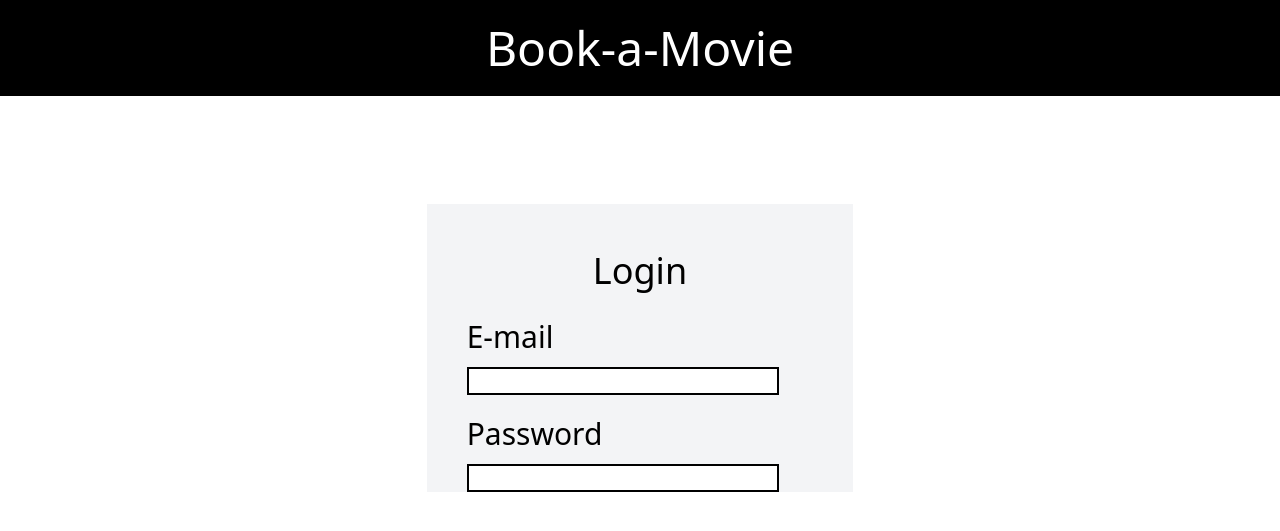
Repository: BhumilModi/movie-booking-app-assignment
Page: /
The author's editor kept a copy of each file at every save. The page is drawn from the files as they stood at one save, then again after a run of saves.
The browser window is 1280 px wide. The pictures show the whole page.
The project was rebuilt for these pictures with package versions that can differ from the ones it lists, and the page was loaded fresh each time. Also part of the build but not shown: src/App.css.

Above is the page before, as saved 2022-11-29 18:15:16.

### src/App.js
import './App.css';
import Login from './components/Login';
import Navbar from './components/Navbar';

function App() {
  return (
    <div>
      <Login />
    </div>
  );
}

export default App;

### src/components/Login.jsx
import React from "react";
import Navbar from "./Navbar";

function Login() {
  return (
    <div className="flex flex-col justify-center items-center">
      <Navbar />
      <div className="h-[40vh] bg-gray-100 w-1/3 my-[15vh] flex flex-col p-[40px]">
        <div className="text-[36px] mx-auto">Login</div>
        <div className="text-[30px] mt-4 mb-2">E-mail</div>
        <input type="text" className="w-[90%] border-2 border-black" />
        <div className="text-[30px] mt-4 mb-2">Password</div>
        <input type="password" className="w-[90%] border-2 border-black" />
      </div>
    </div>
  );
}

export default Login;

### src/components/Navbar.jsx
import React from "react";

function Navbar() {
  return (
    <div className="h-24 bg-black flex justify-center items-center w-full">
      <div className="text-white text-[48px]">Book-a-Movie</div>
    </div>
  );
}

export default Navbar;

Loaded but not shown: public/index.html (common file); src/index.js (common file); src/index.css (common file); tailwind.config.js (common file)

After the next 2 saves:
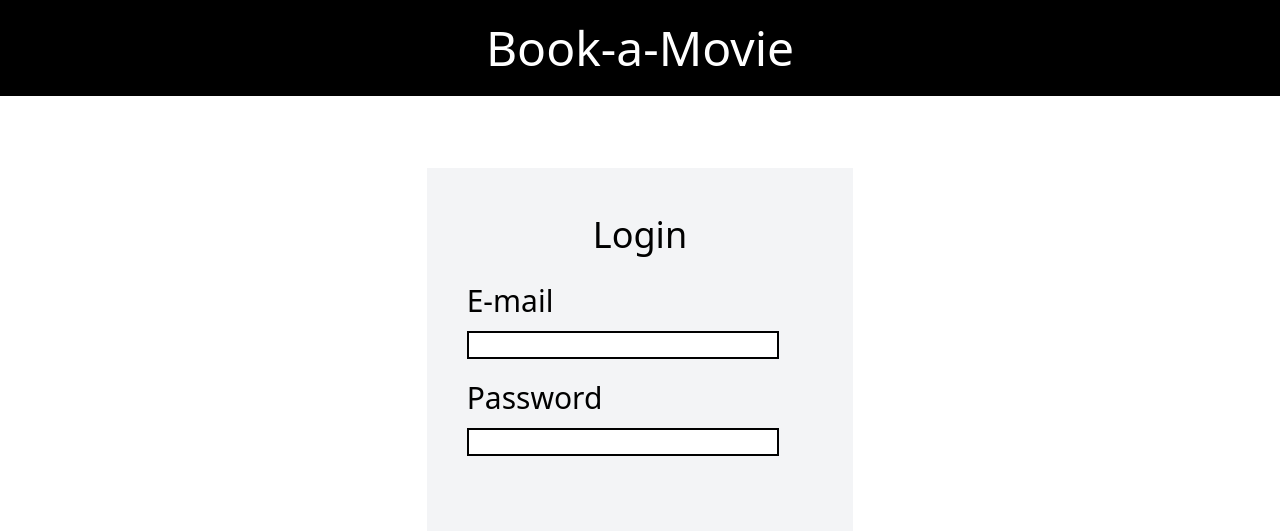
The 2 saves are shown as one change because they came seconds apart.
The last was saved 21 s later.
--- a/src/components/Login.jsx
+++ b/src/components/Login.jsx
@@ -5,7 +5,7 @@ function Login() {
   return (
     <div className="flex flex-col justify-center items-center">
       <Navbar />
-      <div className="h-[40vh] bg-gray-100 w-1/3 my-[15vh] flex flex-col p-[40px]">
+      <div className="h-[60vh] bg-gray-100 w-1/3 my-[10vh] flex flex-col p-[40px]">
         <div className="text-[36px] mx-auto">Login</div>
         <div className="text-[30px] mt-4 mb-2">E-mail</div>
         <input type="text" className="w-[90%] border-2 border-black" />
